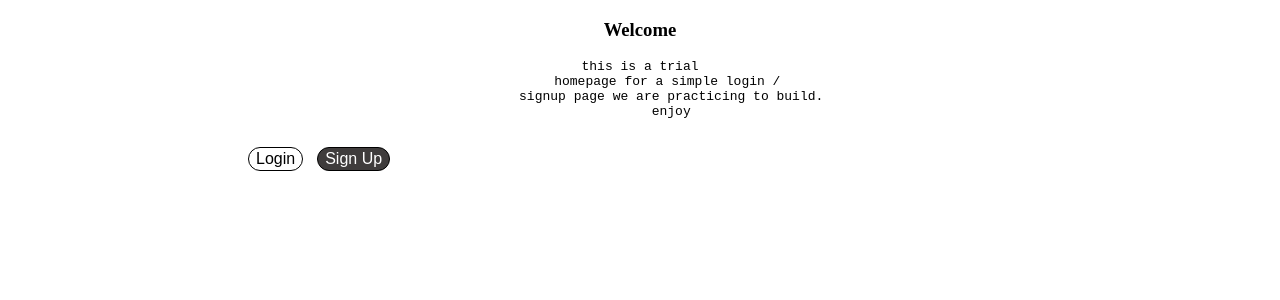
Repository: yhung004/TUTORIAL_PAGE
Page: home.html
An editor plug-in stored every save of this project. The page is shown before and after the next save, followed by the edit.
The browser window is 1280 px wide. The pictures show the whole page.

Above is the page before, as saved 2024-04-10 00:07:05.

After the next save:
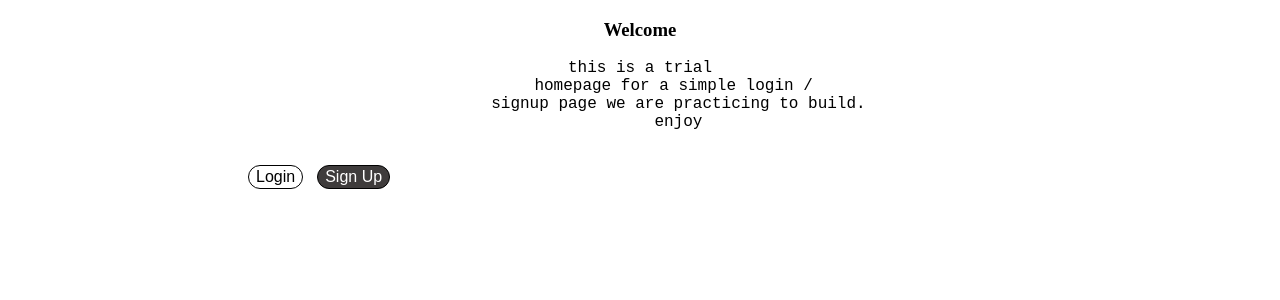
Saved 66 s later.
--- a/main.css
+++ b/main.css
@@ -3,6 +3,7 @@
 }
 .welcome_text {
     text-align:center;
+    font-family: 'Courier New', Courier, monospace;
 }
 .button_a {
     position: relative;
